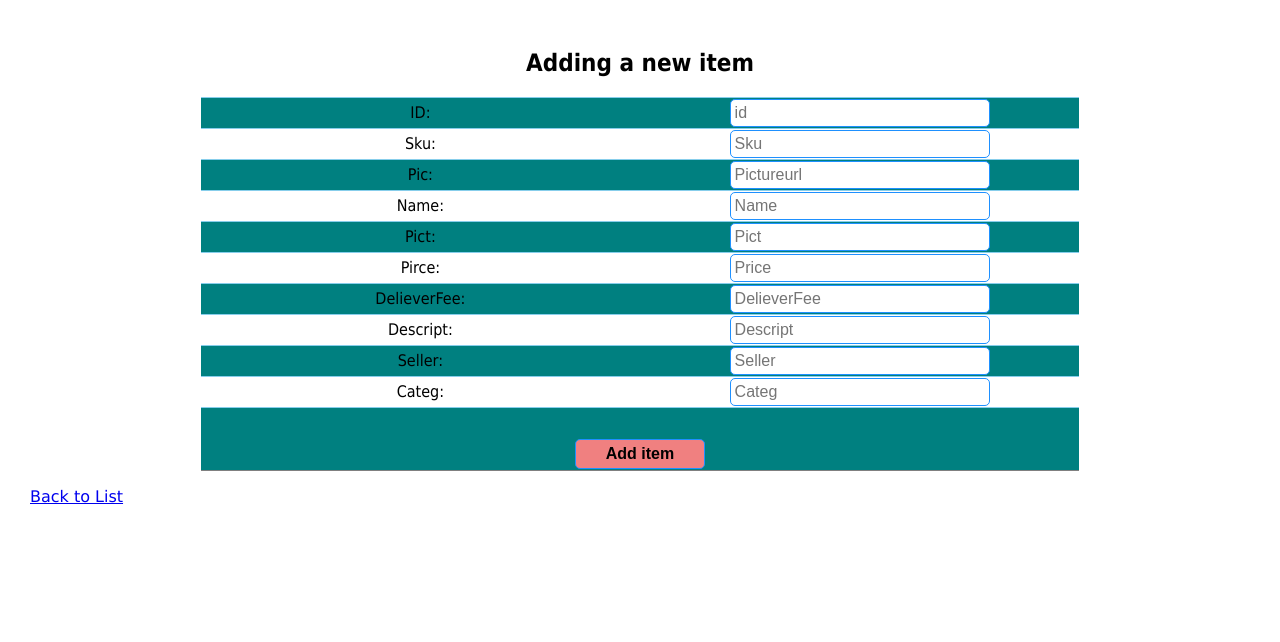
Repository: UnforgivenZZZ/bulldog
Page: http://localhost/bulldog/adding
An editor plug-in stored every save of this project. The page is shown before and after the next save, followed by the edit.
The browser window is 1280 px wide. The pictures show the whole page.
The page is served by Tomcat 9. Other server files are loaded and not shown.

Above is the page before, as saved 2017-07-13 21:40:02.

### bulldog/WebContent/addingitem.html
<!DOCTYPE html PUBLIC "-//W3C//DTD HTML 4.01 Transitional//EN" "http://www.w3.org/TR/html4/loose.dtd">
<html>
<head>
<meta http-equiv="Content-Type" content="text/html; charset=ISO-8859-1">
<title>Adding new item</title>
<link type="text/css" rel="stylesheet" href="css/add-products-style.css">
<link type="text/css" rel="stylesheet" href="css/style.css">
</head>
<body>

<!-- 	id,sku,pic,name,pict,price,delieverFee,descript,seller,categ,postDate -->
    <form action="adding" method="post">
        <table border="0" width="45%" align="center">


			<caption><h2>Adding a new item</h2></caption>


             <tr>
                <td width="50%">ID: </td>
                <td><input type="text" placeholder="id" name="_id"></td>
            </tr>
             <tr>
                <td width="50%">Sku: </td>
                <td><input type="text" placeholder="Sku" name="_Sku"></td>
            </tr>
            <tr>
                <td>Pic: </td>
                <td><input type="text" placeholder="Pictureurl" name="_Pictureurl"></td>
            </tr>
            <tr>
                <td>Name: </td>
                <td><input type="text" placeholder="Name" name="_Name"></td>
            </tr>
             <tr>
                <td>Pict: </td>
                <td><input type="text" placeholder="Pict" name="_Pict"></td>
            </tr>
             <tr>
                <td>Pirce: </td>
                <td><input type="text" placeholder="Price" name="_Price"></td>
            </tr>
            <tr>
                <td>DelieverFee: </td>
                <td><input type="text" placeholder="DelieverFee" name="_DelieverFee"></td>
            </tr>
            <tr>
                <td>Descript: </td>
                <td><input type="text" placeholder="Descript" name="_Descript"></td>
            </tr>
             <tr>
                <td>Seller: </td>
                <td><input type="text" placeholder="Seller" name="_Seller"></td>
            </tr>
            <tr>
                <td>Categ: </td>
                <td><input type="text" placeholder="Categ" name="_Categ"></td>
            </tr>



			<br/>

            <tr>
            <!-- change to onlick cannot proces if not working with duplicate -->
                <td colspan="2" align="center"><input type="Submit" value="Add item" class="save"/></td>
            </tr>
        </table>


        <div type="clear:" both;"></div>

    </form>


		<p>
			<a href="list-items.jsp">Back to List</a>

		</p>


</body>
</html>

### bulldog/src/com/add/adding.java
package com.add;
import com.connection.*;
import java.io.IOException;

import javax.servlet.ServletContext;
import javax.servlet.ServletException;
import javax.servlet.annotation.WebServlet;
import javax.servlet.http.HttpServlet;
import javax.servlet.http.HttpServletRequest;
import javax.servlet.http.HttpServletResponse;
import java.sql.*;
import net.codejava.email.*;

/**
 * Servlet implementation class register
 */
@WebServlet("/adding")
public class adding extends HttpServlet {
	private static final long serialVersionUID = 1L;
	private Connection con;
	private static final String qry = "INSERT INTO products(id,sku,pic,name,pict,price,delieverFee,descript,seller,categ) "+
			" VALUES(?,?,?,?,?,?,?,?,?,?) ";

    private String host;
    private String port;
    private String user;
    private String pass;

    /**
     * @see HttpServlet#HttpServlet()
     */
    public adding() {
        super();
        // TODO Auto-generated constructor stub
		con = ConnectionManager.getConnection();

    }

    public void init() {
        // reads SMTP server setting from web.xml file
        ServletContext context = getServletContext();
        host = context.getInitParameter("host");
        port = context.getInitParameter("port");
        user = context.getInitParameter("user");
        pass = context.getInitParameter("pass");
    }

	/**
	 * @see HttpServlet#doGet(HttpServletRequest request, HttpServletResponse response)
	 */
	protected void doGet(HttpServletRequest request, HttpServletResponse response) throws ServletException, IOException {
		// TODO Auto-generated method stub
		request.getRequestDispatcher("/addingitem.html").forward(request, response);
	}

	/**
	 * @see HttpServlet#doPost(HttpServletRequest request, HttpServletResponse response)
	 */
	protected void doPost(HttpServletRequest request, HttpServletResponse response) throws ServletException, IOException {
		// TODO Auto-generated method stub
		PreparedStatement ps = null;

		//id,sku,pic,name,pict,price,delieverFee,descript,seller,categ,postDate
		int id = Integer.parseInt(request.getParameter("_id"));
		String sku = request.getParameter("_Sku").toString();
		String picurl = request.getParameter("_Pictureurl").toString();
		String name = request.getParameter("_Name").toString();
		String pict = request.getParameter("_Pict").toString();
		double price =  Double.parseDouble(request.getParameter("_Price"));
		double DelieverFee = Double.parseDouble(request.getParameter("_DelieverFee"));
		String Descript = request.getParameter("_Descript").toString();
		int Seller =Integer.parseInt( request.getParameter("_Seller").toString());
		int Categ = Integer.parseInt(request.getParameter("_Categ").toString());
;

		try{
			con.setAutoCommit(false);
			ps = con.prepareStatement(qry);
			ps.setInt(1, id);
			ps.setString(2, sku);
			ps.setString(3, picurl);
			ps.setString(4, name);
			ps.setString(5, pict);
			ps.setDouble(6, price);
			ps.setDouble(7, DelieverFee);
			ps.setString(8, Descript);
			ps.setInt(9, Seller);
			ps.setInt(10, Categ);
			ps.executeUpdate();
			con.commit();


		}catch(Exception ex){
			System.out.println(ex.getMessage());
		}finally{
			try{
				con.setAutoCommit(true);
				ps.close();
			}catch(Exception ex){
				System.out.println(ex.getMessage());

			}
		}
	}

}

### bulldog/src/com/connection/ConnectionManager.java
package com.connection;

import java.sql.Connection;
import javax.naming.Context;
import javax.naming.InitialContext;
import javax.sql.DataSource;

public class ConnectionManager {
	private static final String INIT_LOOOKUP = "java:comp/env";
	private static final String DB_LOOKUP = "jdbc/shoppingAppDB";
	public static Connection con = null;

	public ConnectionManager(){
	}

	public static Connection getConnection() {
		try {
			Context initContext = new InitialContext();
            Context envContext = (Context) initContext.lookup(INIT_LOOOKUP);
            DataSource ds = (DataSource) envContext.lookup(DB_LOOKUP);
            con = ds.getConnection();
//            con.setAutoCommit(false);
		} catch(Exception e) {
			e.printStackTrace();
		}
		return con;
	}

	public static void closeConnection(Connection con) {
		try {
			if(con != null) {
				con.close();
			}
		} catch(Exception e) {
			e.printStackTrace();
		}
	}
}

### bulldog/WebContent/css/add-products-style.css
form {
	margin-top: 10px;
}

label {
	font-size: 16px;
	width: 100px;
	display: block;
	text-align: right;
	margin-right: 10px;
	margin-top: 8px;
	margin-bottom: 8px;
}

input {
	width: 250px;
	border: 1px solid 	#1E90FF;
	border-radius: 5px;
	padding: 4px;
	font-size: 16px;
}

.save {
	font-weight: bold;
	width: 130px;
	padding: 5px 10px;
	margin-top: 30px;
	background: #F08080;
}

table {
	border-style:none;
	width:50%;
}

tr:nth-child(even) {background:#4169E1}
tr:nth-child(odd) {background: #4169E1}

tr {
	border-style:none;
	text-align:left;
}

### bulldog/WebContent/css/style.css
html, body{
	margin-left:15px; margin-right:15px;
	padding:0px;
	font-family:Verdana, Arial, Helvetica, sans-serif;
}

table {
	border-collapse:collapse;
	border-bottom:1px solid gray;
	font-family: Tahoma,Verdana,Segoe,sans-serif;
	width:72%;
}

th {
	border-bottom:1px solid gray;
	background:none repeat scroll 0 0 #0775d3;
	padding:10px;
	color: #FFFFFF;
}

tr {
	border-top:1px solid 	#87CEEB;
	text-align:center;
}

tr:nth-child(even) {background: #FFFFFF}
tr:nth-child(odd) {background: 	#008080}

#wrapper {width: 100%; margin-top: 0px; }
#header {width: 70%; background: #0775d3; margin-top: 0px; }
#header h2 {width: 100%; margin:auto; color: #FFFFFF;}
#container {width: 100%; margin:auto}
#container h3 {color: #000;}
#container #content {margin-top: 20px;}

.add-student-button {
	border: 1px solid #666;
	border-radius: 5px;
	padding: 4px;
	font-size: 12px;
	font-weight: bold;
	width: 120px;
	padding: 5px 10px;

	margin-bottom: 15px;
	background: #cccccc;
}

After the next save:
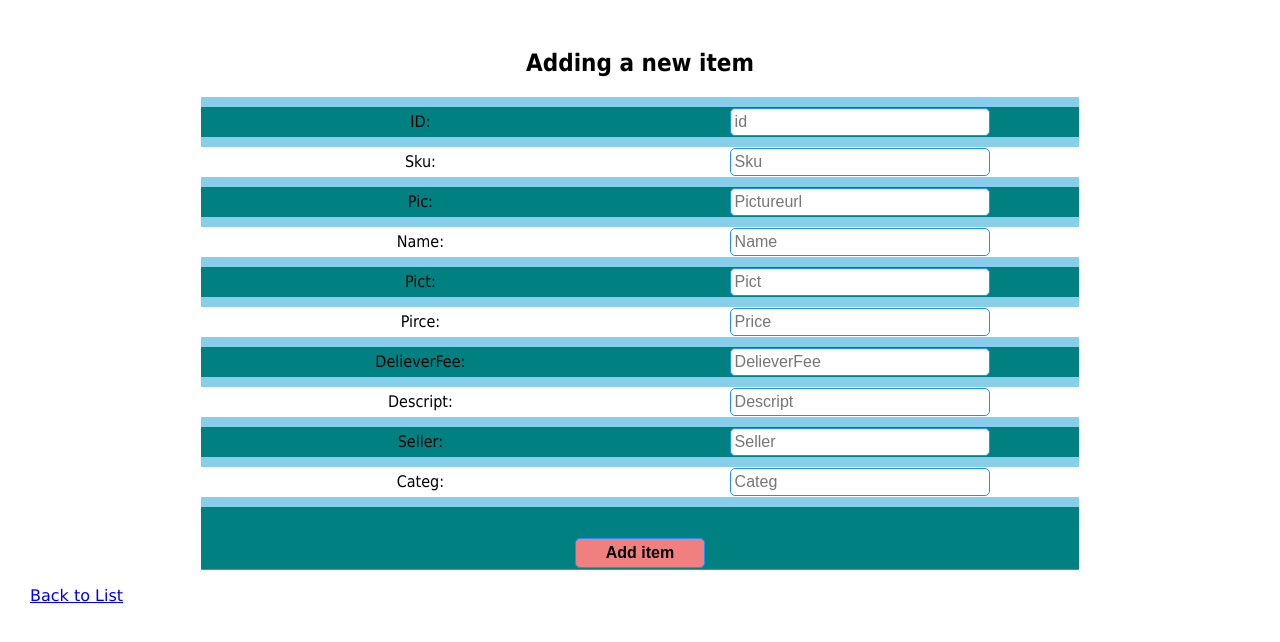
Saved 13 s later.
--- a/bulldog/WebContent/css/style.css
+++ b/bulldog/WebContent/css/style.css
@@ -19,7 +19,7 @@ th {
 }
 
 tr {
-	border-top:1px solid 	#87CEEB;
+	border-top:10px solid 	#87CEEB;
 	text-align:center;
 }
 
